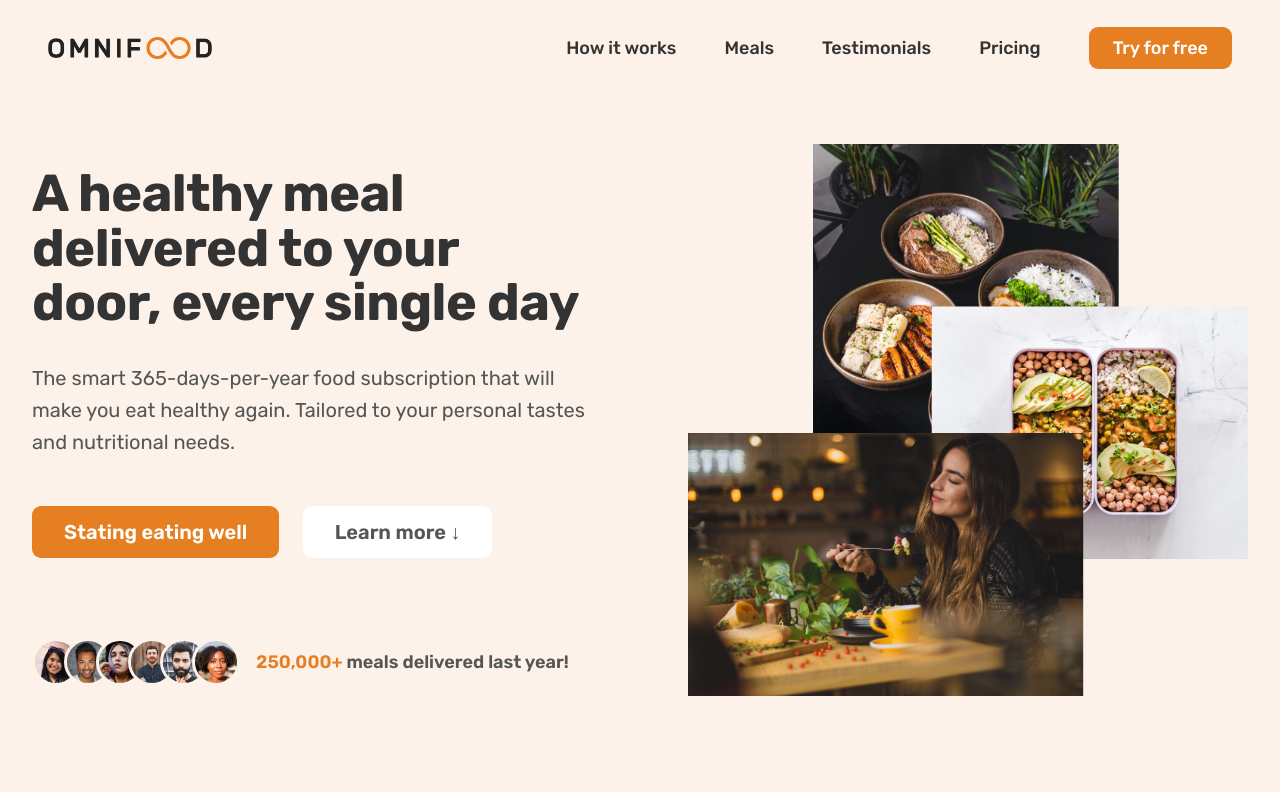
Repository: longvuht/omnifood-vu-nl
Page: index.html
The author's editor kept a copy of each file at every save. The page is drawn from the files as they stood at one save, then again after the next save.
The browser window is 1280 px wide. The pictures show the whole page.
The style sheet was rebuilt from its Sass, Less or Tailwind sources for each picture, by a compiler version that may differ from the author's.

Above is the page before, as saved 2022-09-18 23:40:44.

### index.html
<!DOCTYPE html>
<html lang="en">
  <head>
    <meta charset="UTF-8" />
    <meta name="viewport" content="width=device-width, initial-scale=1.0" />
    <link rel="preconnect" href="https://fonts.googleapis.com" />
    <link rel="preconnect" href="https://fonts.gstatic.com" crossorigin />
    <link
      href="https://fonts.googleapis.com/css2?family=Rubik:wght@400;500;600;700&display=swap"
      rel="stylesheet"
    />
    <link rel="stylesheet" href="./css/style.css" />
    <title>Omnifood vu-nl</title>
  </head>
  <body>
    <div class="wrapper">
      <header class="header">
        <div class="header__container">
          <div class="header__logo">
            <a href="#none" class="header__link"
              ><img
                src="./image/omnifood-logo.png"
                alt="logo omnifood-logo"
                class="header__image"
            /></a>
          </div>
          <div class="header__menu">
            <ul class="header__list">
              <li class="header__item">
                <a href="#none" class="header__link">How it works</a>
              </li>
              <li class="header__item">
                <a href="#none" class="header__link">Meals</a>
              </li>
              <li class="header__item">
                <a href="#none" class="header__link">Testimonials</a>
              </li>
              <li class="header__item">
                <a href="#none" class="header__link">Pricing</a>
              </li>
              <li class="header__item">
                <a href="#none" class="header__link">Try for free</a>
              </li>
            </ul>
          </div>
        </div>
      </header>
      <section class="hero">
        <div class="hero__container">
          <div class="hero__info">
            <h1 class="hero__heading">
              A healthy meal delivered to your door, every single day
            </h1>
            <p class="text-lg hero__desc">
              The smart 365-days-per-year food subscription that will make you
              eat healthy again. Tailored to your personal tastes and
              nutritional needs.
            </p>
            <a href="#none" class="button button--primary"
              >Stating eating well</a
            >
            <a href="#none" class="button button--secondary"
              >Learn more &ShortDownArrow;</a
            >
            <div class="hero__meals">
              <div class="hero__meals-customer">
                <img
                  src="./image/customers/customer-1.jpg"
                  alt="customer image"
                  class="hero__meals-image"
                />
                <img
                  src="./image/customers/customer-2.jpg"
                  alt="customer image"
                  class="hero__meals-image"
                />
                <img
                  src="./image/customers/customer-3.jpg"
                  alt="customer image"
                  class="hero__meals-image"
                />
                <img
                  src="./image/customers/customer-4.jpg"
                  alt="customer image"
                  class="hero__meals-image"
                />
                <img
                  src="./image/customers/customer-5.jpg"
                  alt="customer image"
                  class="hero__meals-image"
                />
                <img
                  src="./image/customers/customer-6.jpg"
                  alt="customer image"
                  class="hero__meals-image"
                />
              </div>
              <p class="hero__meals-delivered">
                <span>250,000+</span> meals delivered last year!
              </p>
            </div>
          </div>
          <div class="hero__image">
            <img
              src="./image/hero.png"
              alt="woman enjoying food, meals in strorage container, and food bowls on a table"
            />
          </div>
        </div>
      </section>
      <section class="featured"></section>
    </div>
  </body>
</html>

### sass/app.scss
@import "reset";
@import "variables";
@import "typography";
@import "global";
@import "header";
@import "hero";

### sass/_reset.scss
html {
  box-sizing: border-box;
}
* {
  margin: 0;
  padding: 0;
}
*,
*:before,
*:after {
  box-sizing: border-box;
}
input,
textarea,
select,
button {
  outline: none;
}
input {
  line-height: normal;
}
label,
button {
  cursor: pointer;
}
a {
  text-decoration: none;
}
img {
  display: block;
  max-width: 100%;
}
html {
  font-size: 62.5%;
}

### sass/_variables.scss
$primary-color: #fdf2e9;
$secondary-color: #e67e22;
$heading-color: #333;
$logo-color: #808080;
$text-color: #555;
$font: "Rubik", sans-serif;

### sass/_typography.scss
h1 {
  font-size: 5.2rem;
  font-weight: 700;
  letter-spacing: -0.5px;
  line-height: calc(54.6 / 52);
  color: $heading-color;
  margin-bottom: 3.2rem;
}
h2 {
  font-size: 4.4rem;
  font-weight: 700;
  letter-spacing: -0.5px;
  line-height: calc(52.8 / 44);
  color: $heading-color;
}
h3 {
  font-size: 3rem;
  font-weight: 700;
  letter-spacing: -0.5px;
  line-height: calc(36 / 30);
  counter-reset: $heading-color;
}
.text-lg {
  font-size: 2rem;
  line-height: calc(32 / 20);
}

### sass/_global.scss
body {
  font-family: $font;
  font-size: 1.8rem;
  line-height: 1;
  font-weight: 400;
  color: #555;
}
.container {
  max-width: 120rem;
  margin: 0 auto;
}
.button {
  display: inline-block;
  padding: 1.6rem 3.2rem;
  font-weight: 600;
  font-size: 2rem;
  border-radius: 0.9rem;
  border: none;
  cursor: pointer;
  text-decoration: none;
}
.button--primary {
  background-color: $secondary-color;
  color: #fff;
  margin-right: 1.9rem;
}
.button--secondary {
  background-color: #fff;
  color: #555;
}

### sass/_header.scss
.header {
  &__container {
    padding: 2.7rem 4.8rem;
    display: flex;
    justify-content: space-between;
    align-items: center;
    background-color: $primary-color;
  }
  &__image {
    height: 2.2rem;
  }
  &__list {
    display: flex;
    justify-content: space-between;
    align-items: center;
    gap: 0 4.8rem;
    list-style-type: none;
  }
  &__item {
    &:last-child {
      padding: 1.2rem 2.4rem;
      color: #fff;
      background-color: $secondary-color;
      border-radius: 0.9rem;
      & .header__link {
        color: #fff;
      }
    }
  }
  &__link {
    color: $heading-color;
    font-weight: 500;
  }
}

### sass/_hero.scss
.hero {
  padding: 4.8rem 0 9.6rem;
  background-color: $primary-color;
  &__container {
    max-width: 130rem;
    margin: 0 auto;
    padding: 0 3.2rem;
    display: grid;
    grid-template-columns: 1fr 1fr;
    gap: 0 9.6rem;
  }
  &__heading {
    margin-top: 2.2rem;
  }
  &__desc {
    margin-bottom: 4.8rem;
  }
  &__meals {
    margin-top: 8rem;
    display: flex;
    align-items: center;
    gap: 3.2rem;
    &-customer {
      display: flex;
      img {
        width: 4.8rem;
        height: 4.8rem;
        border-radius: 100rem;
        border: 3px solid $primary-color;
        margin-right: -1.6rem;
      }
    }
    &-delivered {
      font-weight: 600;
      span {
        color: $secondary-color;
      }
    }
  }
}

After the next save:
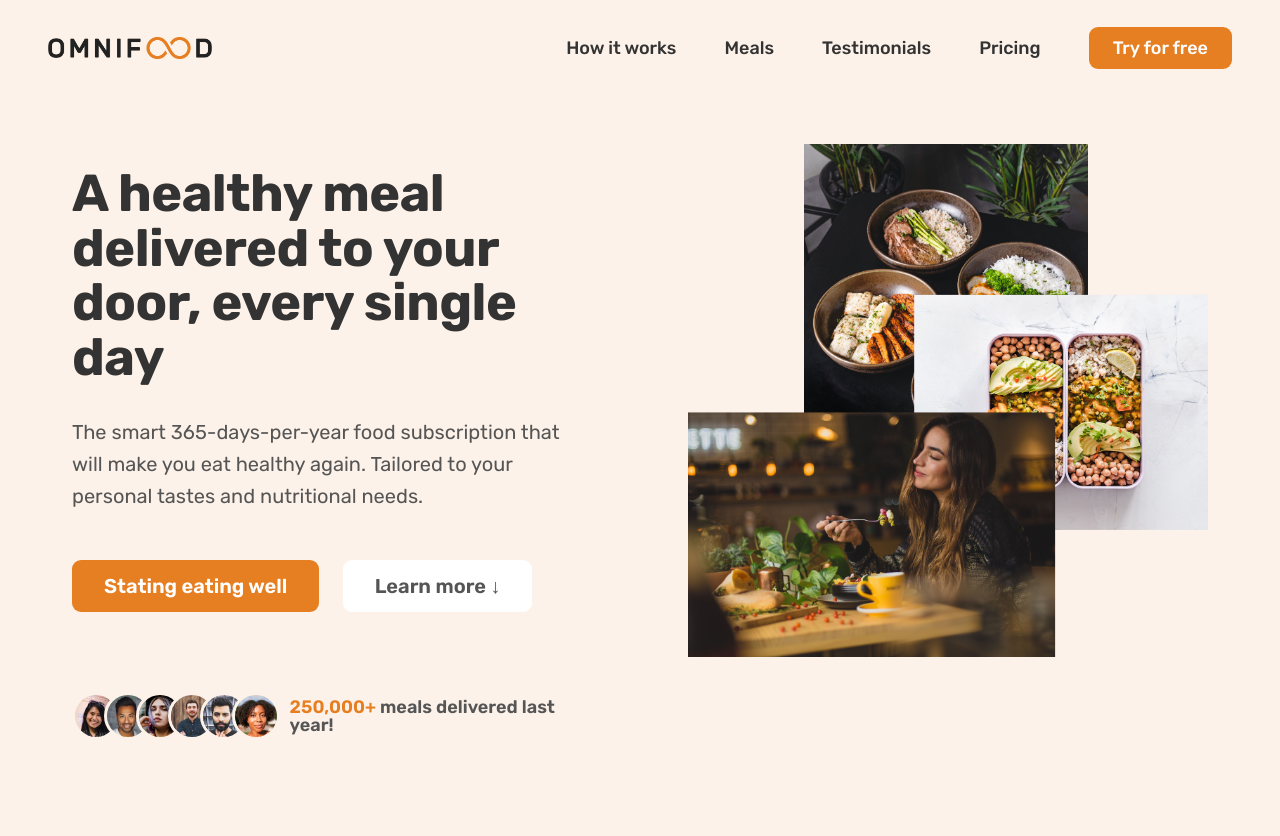
Saved 59 s later.
--- a/sass/_hero.scss
+++ b/sass/_hero.scss
@@ -2,7 +2,7 @@
   padding: 4.8rem 0 9.6rem;
   background-color: $primary-color;
   &__container {
-    max-width: 130rem;
+    max-width: 120rem;
     margin: 0 auto;
     padding: 0 3.2rem;
     display: grid;
